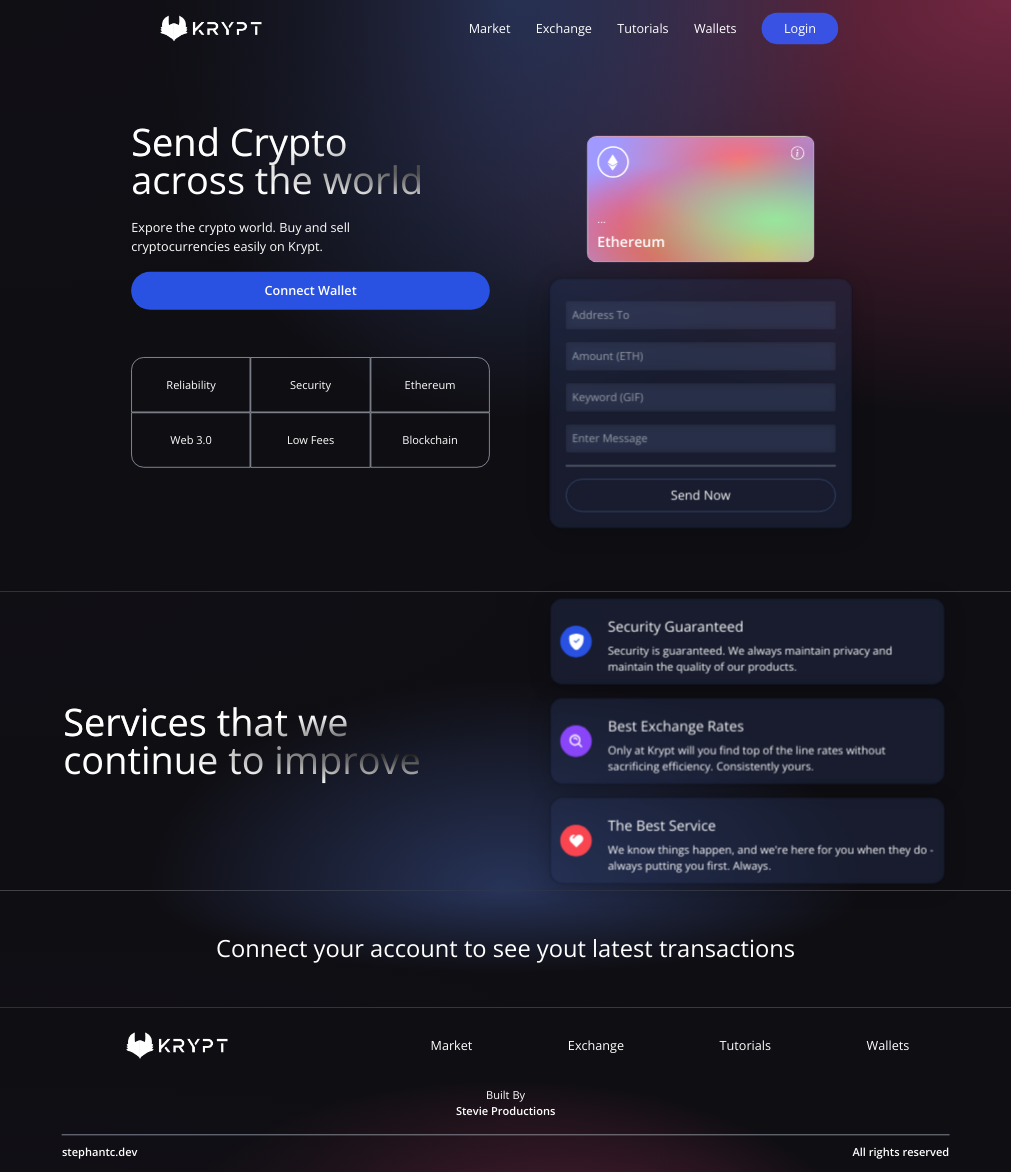
Repository: stephan-chiorean/krypt
Page: / (app in client/)
The author's editor kept a copy of each file at every save. The page is drawn from the files as they stood at one save, then again after the next save.
The browser window is 1280 px wide. The pictures show the whole page, at 79% of full size.
The project was rebuilt for these pictures with package versions that can differ from the ones it lists, and the page was loaded fresh each time. Also part of the build but not shown: client/vite.config.js, client/src/components/Loader.jsx.

Above is the page before, as saved 2023-03-29 23:39:09.

### client/src/main.jsx
import React from 'react'
import ReactDOM from 'react-dom/client'
import App from './App'
import {TransactionProvider} from './context/TransactionContext';
import './index.css'

ReactDOM.createRoot(document.getElementById('root')).render(
  <TransactionProvider>
  <React.StrictMode>
    <App />
  </React.StrictMode>
  </TransactionProvider>,
)

### client/src/App.jsx
import {Navbar, Welcome, Footer, Services, Transactions} from './components';

const App = () => {

  return (
    <div className="min-h-screen">
      <div className="gradient-bg-welcome">
        <Navbar/>
        <Welcome/>
      </div>
      <Services/>
      <Transactions/>
      <Footer/>
    </div>
  )
}

export default App

### client/src/context/TransactionContext.jsx
import React, { useState, useEffect } from 'react';
import * as ethers from 'ethers';
import { contractABI, contractAddress } from '../utils/constants';
import toast from 'react-hot-toast';

export const TransactionContext = React.createContext();

const { ethereum } = window;

const getEthereumContract = () => {
  console.log(ethers);
  const provider = new ethers.providers.Web3Provider(ethereum);
  const signer = provider.getSigner();
  const transactionContract = new ethers.Contract(
    contractAddress,
    contractABI,
    signer
  );

  return transactionContract;

  //   console.log({
  //     provider,
  //     signer,
  //     transactionContract,
  //   });
};

export const TransactionProvider = ({ children }) => {
  const [connectedAccount, setConnectedAccount] = useState('');
  const [transactions, setTransactions] = useState([])
  const [isTransactionAdded, setIsTransactionAdded] = useState(false);
  const [formData, setFormData] = useState({
    addressTo: '',
    amount: 0,
    keyword: '',
    message: '',
  });
  const [isLoading, setIsLoading] = useState(false);
  const [transactionCount, setTransactionCount] = useState(
    localStorage.getItem('transactionCount')
  );

  const handleChange = (e, name) => {
    setFormData((prevState) => ({ ...prevState, [name]: e.target.value }));
  };

  const getAllTransactions = async () => {
    try {
      if (!ethereum) return alert('Please install metamask');
      const transactionContract = getEthereumContract();

      const availableTransactions =
        await transactionContract.getAllTransactions();

      const structuredTransactions = availableTransactions.map((transaction) => ({
        addressTo: transaction.receiver,
        addressFrom: transaction.sender,
        timestamp: new Date(transaction.timestamp.toNumber() * 1000).toLocaleString(),
        message: transaction.message,
        keyword: transaction.keyword,
        amount:parseInt(transaction.amount._hex) / (10 ** 18),

      }))
      setTransactions(structuredTransactions)
      console.log(structuredTransactions)
      console.log(availableTransactions);
    } catch (err) {
      console.error(err);
    }
  };

  const checkIfWalletIsConnected = async () => {
    try {
      if (!ethereum) return alert('Please install metamask');

      const accounts = await ethereum.request({ method: 'eth_accounts' });
      if (accounts.length) {
        // setConnectedAccount(accounts[0]);
        getAllTransactions();
      } else {
        console.log('No accounts found');
      }
      console.log(accounts);
    } catch (err) {
      console.error(err);
      throw new Error('No ethereum object');
    }
  };

  const checkIfTransactionsExist = async () => {
    try {
      const transactionContract = getEthereumContract();
      const transactionCount = await transactionContract.getTransactionCount();

      window.localStorage.setItem('transactionCount', transactionCount);
    } catch (err) {
      console.error(err);
    }
  };

  const disconnectWallet = async () => {
    setConnectedAccount('');
    console.log('DISCONNECTED');
  };

  const connectWallet = async () => {
    try {
      if (!ethereum) return alert('Please install metamask');

      // Display loading toast
      const loadingToast = toast.loading('Connecting...');

      const accounts = await ethereum.request({
        method: 'eth_requestAccounts',
      });

      setConnectedAccount(accounts[0]);
      console.log('CONNECTED', connectedAccount);

      // Dismiss loading toast and show a success toast
      toast.dismiss(loadingToast);
      toast.success('Connected successfully');
    } catch (err) {
      console.error(err);
      // Dismiss loading toast and show an error toast
      toast.dismiss(loadingToast);
      toast.error('Error connecting to wallet');
      throw new Error('No ethereum object.');
    }
  };

  const sendTransaction = async () => {
    try {
      if (!ethereum) return alert('Please install metamask');
      const { addressTo, amount, keyword, message } = formData;
      const transactionContract = getEthereumContract();
      const parsedAmount = ethers.utils.parseEther(amount);

      await ethereum.request({
        method: 'eth_sendTransaction',
        params: [
          {
            from: connectedAccount,
            to: addressTo,
            gas: '0x5208', //21000 gwei
            value: parsedAmount._hex,
          },
        ],
      });

      const transactionHash = await transactionContract.addToBlockchain(
        addressTo,
        parsedAmount,
        message,
        keyword
      );
      setIsLoading(true);
      const loadingSendToast = toast.loading('Sending ethereum (~20 seconds)...');
      console.log(`Loading - ${transactionHash.hash}`);
      await transactionHash.wait();
      setIsLoading(false);
      console.log(`Success - ${transactionHash.hash}`);

      const transactionCount = await transactionContract.getTransactionCount();
      setTransactionCount(transactionCount.toNumber());
      setIsTransactionAdded(true)
      toast.dismiss(loadingSendToast);
      toast.success('Transaction successful');
    } catch (err) {
      console.error(err);
    }
  };

  useEffect(() => {
    checkIfWalletIsConnected();
    checkIfTransactionsExist();
    console.log('PRINT WHEN LOAD', connectedAccount);
  }, []);

  useEffect(() => {
    if (isTransactionAdded) {
      getAllTransactions();
      setIsTransactionAdded(false);
    }
  }, [isTransactionAdded]);

  return (
    <TransactionContext.Provider
      value={{
        connectWallet,
        connectedAccount,
        formData,
        setFormData,
        handleChange,
        sendTransaction,
        disconnectWallet,
        transactions,
        isLoading,
      }}
    >
      {children}
    </TransactionContext.Provider>
  );
};

### client/src/components/index.js
export {default as Loader} from './Loader';
export {default as Navbar} from './Navbar';
export {default as Footer} from './Footer';
export {default as Welcome} from './Welcome';
export {default as Transactions} from './Transactions';
export {default as Services} from './Services';

### client/src/utils/constants.js
import abi from './Transactions.json';

export const contractABI = abi.abi;
export const contractAddress = '0x48d319b761e733246BF575C86d399bB8EDdA6dEf';

### client/src/components/Navbar.jsx
import { HiMenuAlt4 } from 'react-icons/hi';
import { AiOutlineClose } from 'react-icons/ai';
import { useState } from 'react';
import { useContext } from 'react';
import logo from '../../images/logo.png';
import { TransactionContext } from '../context/TransactionContext';

const NavbarItem = ({ title, classProps }) => {
  return <li className={`mx-4 cursor-pointer ${classProps}`}>{title}</li>;
};
export default () => {
  const [toggleMenu, setToggleMenu] = useState(false);
  const {disconnectWallet, connectedAccount} = useContext(TransactionContext);
  return (
    <nav className='w-full flex md:justify-center justify-between items-center p-4'>
      <div className='md:flex-[0.5] flex-initial justify-center items-center'>
        <img src={logo} alt='logo' className='w-32 cursor-pointer' />
      </div>
      <ul className='text-white md:flex hidden list-none flex-row justify-between items-center flex-initial'>
        {['Market', 'Exchange', 'Tutorials', 'Wallets'].map((item, index) => (
          <NavbarItem key={item + index} title={item} />
        ))}
        <li onClick={disconnectWallet} className='bg-[#3952e3] py-2 px-7 mx-4 rounded-full cursor-pointer hover:bg-[#2546bd]'>
          {connectedAccount ? "Sign Out" : "Login"}
        </li>
      </ul>
      <div className='flex relative'>
        {toggleMenu ? (
          <AiOutlineClose
            fontSize={28}
            className='text-white md:hidden cursor-pointer'
            onClick={() => setToggleMenu(false)}
          />
        ) : (
          <HiMenuAlt4
            fontSize={28}
            className='text-white md:hidden cursor-pointer'
            onClick={() => setToggleMenu(true)}
          />
        )}
        {toggleMenu && (
          <ul className="z-10 fixed top-0 -right-2 p-3 w-[70vw] h-screen shadow-2xl md:hidden list-none flex flex-col justify-start items-end rounded-md blue-glassmorphism text-white animate-slide-in">
            <li className='text-xl w-full my-2'>
              <AiOutlineClose onClick={() => setToggleMenu(false)} className="cursor-pointer"/>
            </li>
            {['Market', 'Exchange', 'Tutorials', 'Wallets'].map(
              (item, index) => (
                <NavbarItem key={item + index} title={item} classProps="my-2 text-lg"/>
              )
            )}
          </ul>
        )}
      </div>
    </nav>
  );
};

### client/src/components/Footer.jsx
import React from 'react'
import logo from '../../images/logo.png';

export default() => {
  return (
    <div className="w-full flex md:justify-center justify-between items-center flex-col p-4 gradient-bg-footer">
      <div className="w-full flex sm:flex-row flex-col justify-between items-center my-4">
        <div className="flex flex-[0.5] justify-center items-center">
          <img src={logo} alt="logo" className="w-32"/>
        </div>
        <div className="flex flex-1 justify-evenly items-center flex-wrap sm:mt-0 mt-5 w-full">
          <p className="text-white text-base text-center mx-2 cursor-pointer">Market</p>
          <p className="text-white text-base text-center mx-2 cursor-pointer">Exchange</p>
          <p className="text-white text-base text-center mx-2 cursor-pointer">Tutorials</p>
          <p className="text-white text-base text-center mx-2 cursor-pointer">Wallets</p>

        </div>

      </div>
      <div className="flex justify-center items-center flex-col mt-5">
        <p className="text-white text-sm text-center">Built By</p>
        <p className="text-white text-sm text-center font-semibold">Stevie Productions</p>
      </div>
      <div className="sm:w-[90%] w-full h-[0.25px] bg-gray-400 mt-5"/>
      <div className="sm:w-[90%] w-full flex justify-between items-center mt-3">
      <p className="text-white text-sm text-center font-semibold">stephantc.dev</p>
      <p className="text-white text-sm text-center font-semibold">All rights reserved</p>

      </div>
    </div>
  )
}

### client/src/components/Welcome.jsx
import { AiFillPlayCircle } from 'react-icons/ai';
import { SiEthereum } from 'react-icons/si';
import { BsInfoCircle } from 'react-icons/bs';
import { TransactionContext } from '../context/TransactionContext';
import React, { useContext } from 'react';
import { Loader } from './';
import {Toaster} from 'react-hot-toast';
import { shortenAddress } from '../utils/shortenAddress';
const commonStyles =
  'min-h-[70px] sm:px-0 px-2 sm:min-w-[120px] flex justify-center items-center border-[0.5px] border-gray-400 text-sm font-light text-white';

const Input = ({ placeholder, name, type, value, handleChange }) => (
  <input
    placeholder={placeholder}
    type={type}
    step='0.0001'
    value={value}
    onChange={(e) => handleChange(e, name)}
    className='my-2 w-full rounded-sm p-2 outline-none text-white border-none text-sm white-glassmorphism'
  />
);
export default () => {
  const {
    connectWallet,
    connectedAccount,
    formData,
    sendTransaction,
    handleChange,
    isLoading,
  } = useContext(TransactionContext);
  const handleSubmit = (e) => {
    const { addressTo, amount, keyword, message } = formData;
    e.preventDefault();

    if (!addressTo || !amount || !keyword || !message) return;
    sendTransaction();
  };
  return (
    <div className='flex w-full justify-center items-center'>
      <Toaster/>
      <div className='flex md:flex-row flex-col items-start justify-between md:p-20 py-12 px-4'>
        <div className='flex flex-1 justify-start flex-col md:mr-10'>
          <h1 className='text-3xl sm:text-5xl text-white text-gradient py-1'>
            Send Crypto <br /> across the world
          </h1>
          <p className='text-left mt-5 text-white font-light md:w-9/12 w-11/12 text-base'>
            Expore the crypto world. Buy and sell cryptocurrencies easily on
            Krypt.
          </p>
          {!connectedAccount && (
            <button
              type='button'
              onClick={connectWallet}
              className='flex flex-row justify-center items-center my-5 bg-[#2952e3] p-3 rounded-full cursor-pointer hover:bg-[#2546bd]'
            >
              <p className='text-white text-base font-semibold'>
                Connect Wallet
              </p>
            </button>
          )}

          <div className='grid sm:grid-cols-3 grid-cols-2 w-full mt-10'>
            <div className={`rounded-tl-2xl ${commonStyles}`}>Reliability</div>
            <div className={commonStyles}>Security</div>
            <div className={`sm:rounded-tr-2xl ${commonStyles}`}>Ethereum</div>
            <div className={`sm:rounded-bl-2xl ${commonStyles}`}>Web 3.0</div>
            <div className={commonStyles}>Low Fees</div>
            <div className={`rounded-br-2xl ${commonStyles}`}>Blockchain</div>
          </div>
        </div>

        <div className='flex flex-col flex-1 items-center justify-start w-full md:mt-0 mt-10'>
          <div className='p-3 justify-end items-start flex-col rounded-xl h-40 sm:w-72 w-full my-5 eth-card white-glassmorphism'>
            <div className='flex justify-between flex-col w-full h-full'>
              <div className='flex justify-between items-start'>
                <div className='w-10 h-10 rounded-full border-2 border-white flex justify-center items-center'>
                  <SiEthereum fontSize={21} color='#fff' />
                </div>
                <BsInfoCircle fontSize={17} color='#fff' />
              </div>
              <div>
                <p className='text-white font-light text-sm'>
                  {shortenAddress(connectedAccount)}
                </p>
                <p className='text-white font-semibold text-lg mt-1'>
                  Ethereum
                </p>
              </div>
            </div>
          </div>

          <div className='p-5 sm:w-96 w-full flex flex-col justify-start items-center blue-glassmorphism'>
            <Input
              placeholder='Address To'
              name='addressTo'
              type='text'
              handleChange={handleChange}
            />
            <Input
              placeholder='Amount (ETH)'
              name='amount'
              type='number'
              handleChange={handleChange}
            />
            <Input
              placeholder='Keyword (GIF)'
              name='keyword'
              type='text'
              handleChange={handleChange}
            />
            <Input
              placeholder='Enter Message'
              name='message'
              type='text'
              handleChange={handleChange}
            />
            <div className='h-[1px] w-full bg-gray-400 my-2' />
            {isLoading ? (
              <Loader />
            ) : (
              <button
                type='submit'
                onClick={handleSubmit}
                className='text-white w-full mt-2 border-[1px] p-2 border-[#3d4f7c] rounded-full cursor-pointer'
              >
                Send Now
              </button>
            )}
          </div>
        </div>
      </div>
    </div>
  );
};

### client/src/components/Transactions.jsx
import React from 'react';
import { useContext } from 'react';
import { TransactionContext } from '../context/TransactionContext';
import dummyData from '../utils/dummyData';
import { shortenAddress } from '../utils/shortenAddress';
import useFetch from '../hooks/useFetch';

const TransactionCard = ({
  addressTo,
  addressFrom,
  timestamp,
  message,
  keyword,
  amount,
  url,
}) => {
  const gifUrl = useFetch({ keyword });
  return (
    <div className='bg-[#181918] m-4 flex flex-1 2xl:min-w-[450px] 2xl:max-w-[500px] sm:min-w-[270px] sm:max-w-[300px] flex-col p-3 rounded-md hover:shadow-2xl'>
      <div className='flex flex-col items-center w-full mt-3'>
        <div className='justify-start w-full mb-6 p-2 md:h-[200px]'>
          <a
            href={`https://sepolia.etherscan.io/address/${addressFrom}`}
            target='_blank'
            rel='noopener noreferrer'
          >
            <p className='text-white text-base'>
              From : {shortenAddress(addressFrom)}
            </p>
          </a>
          <a
            href={`https://sepolia.etherscan.io/address/${addressTo}`}
            target='_blank'
            rel='noopener noreferrer'
          >
            <p className='text-white text-base'>
              To : {shortenAddress(addressTo)}
            </p>
          </a>
          <p className='text-white text-base'>Amount: {amount} ETH</p>
          {message && (
            <>
              <br />
              <p className='text-white text-base'>Message: {message}</p>
            </>
          )}
        </div>
        <img
          src={gifUrl || url}
          alt='gif'
          className='w-full h-64 2xl:h-96 rounded-md shadow-lg object-cover'
        />

        <div className='bg-black p-3 px-5 w-max rounded-3xl -mt-5 shadow-2xl'>
          <p className='text-[#37c7da] font-bold'>{timestamp}</p>
        </div>
      </div>
    </div>
  );
};
export default () => {
  const { connectedAccount, transactions } = useContext(TransactionContext);
  return (
    <div className='flex w-full justify-center items-center 2xl:px-20 gradient-bg-transactions'>
      <div className='flex flex-col md:p-12 py-12 px-4'>
        {connectedAccount ? (
          <h3 className='text-white text-3xl text-center my-2'>
            Your latest transactions
          </h3>
        ) : (
          <h3 className='text-white text-3xl text-center my-2'>
            Connect your account to see yout latest transactions
          </h3>
        )}
        {connectedAccount && <div className='flex flex-wrap justify-center items-center mt-10'>
          {transactions.reverse().map((transaction, index) => (
            <TransactionCard key={index} {...transaction} />
          ))}
        </div>}
        {/* Latest Transactions */}
        {/* Connect your account to see latest transactions */}
      </div>
    </div>
  );
};

### client/src/components/Services.jsx
import React from 'react';
import { BsShieldFillCheck } from 'react-icons/bs';
import { BiSearchAlt } from 'react-icons/bi';
import { RiHeart2Fill } from 'react-icons/ri';

const ServiceCard = ({color, title, icon, subtitle}) => (
  <div className='flex flex-row md:w-[500px] justify-start items-center p-3 m-2 cursor-pointer blue-glassmorphism'>
    <div className={`w-10 h-10 rounded-full flex justify-center items-center ${color}`}>
      {icon}
    </div>
    <div className="ml-5 flex flex-col flex-1">
      <h1 className="mt-2 text-white text-lg">{title}</h1>
      <p className="mt-2 text-white text-sm">{subtitle}</p>
    </div>
  </div>
);
export default () => {
  return (
    <div className='flex flex-col md:flex-row w-full justify-center items-center gradient-bg-services'>
      <div className='flex md:flex-row flex-col items-center justify-between md:p-20 py-12 px-4'>
        <div className='flex-1 flex flex-col justify-start items-start'>
          <h1 className='text-white text-3xl sm:text-5xl py-2 text-gradient'>
            Services that we
            <br />
            continue to improve
          </h1>
        </div>
      </div>
      <div className='flex-1 flex flex-col justify-start items-center'>
        <ServiceCard
          color='bg-[#2952e3]'
          title='Security Guaranteed'
          icon={<BsShieldFillCheck fontSize={21} className='text-white' />}
          subtitle="Security is guaranteed. We always maintain privacy and maintain the quality of our products."
        />
        <ServiceCard
          color='bg-[#8945f8]'
          title='Best Exchange Rates'
          icon={<BiSearchAlt fontSize={21} className='text-white' />}
          subtitle="Only at Krypt will you find top of the line rates without sacrificing efficiency. Consistently yours."
        />
        <ServiceCard
          color='bg-[#f84550]'
          title='The Best Service'
          icon={<RiHeart2Fill fontSize={21} className='text-white' />}
          subtitle="We know things happen, and we're here for you when they do - always putting you first. Always."
        />
      </div>
    </div>
  );
};

### client/src/utils/shortenAddress.js
export const shortenAddress = (address) => `${address.slice(0,6)}...${address.slice(address.length-4)}`

### client/src/hooks/useFetch.jsx
import { useState } from "react";
import { useEffect } from "react";

const API_KEY = import.meta.env.VITE_GIPHY_API;
const useFetch = ({keyword}) => {
    const [gifUrl, setGifUrl] = useState("")

    const fetchGifs = async() => {
        try {
            const response = await fetch(`https://api.giphy.com/v1/gifs/search?api_key=${API_KEY}&q=${keyword.split(" ").join("")}&limit=1`)

            const {data} = await response.json();

            setGifUrl(data[0]?.images?.downsized_medium?.url)
        } catch(err) {
            console.error(err);
        }
    }
    useEffect(() => {
        if(keyword) fetchGifs();
    }, [keyword])

    return gifUrl;
}

export default useFetch;

Loaded but not shown: client/index.html (common file); client/src/index.css (common file); client/tailwind.config.js (common file); client/src/utils/Transactions.json (140 lines, source omitted); client/src/utils/dummyData.js (56 lines, source omitted)

After the next save:
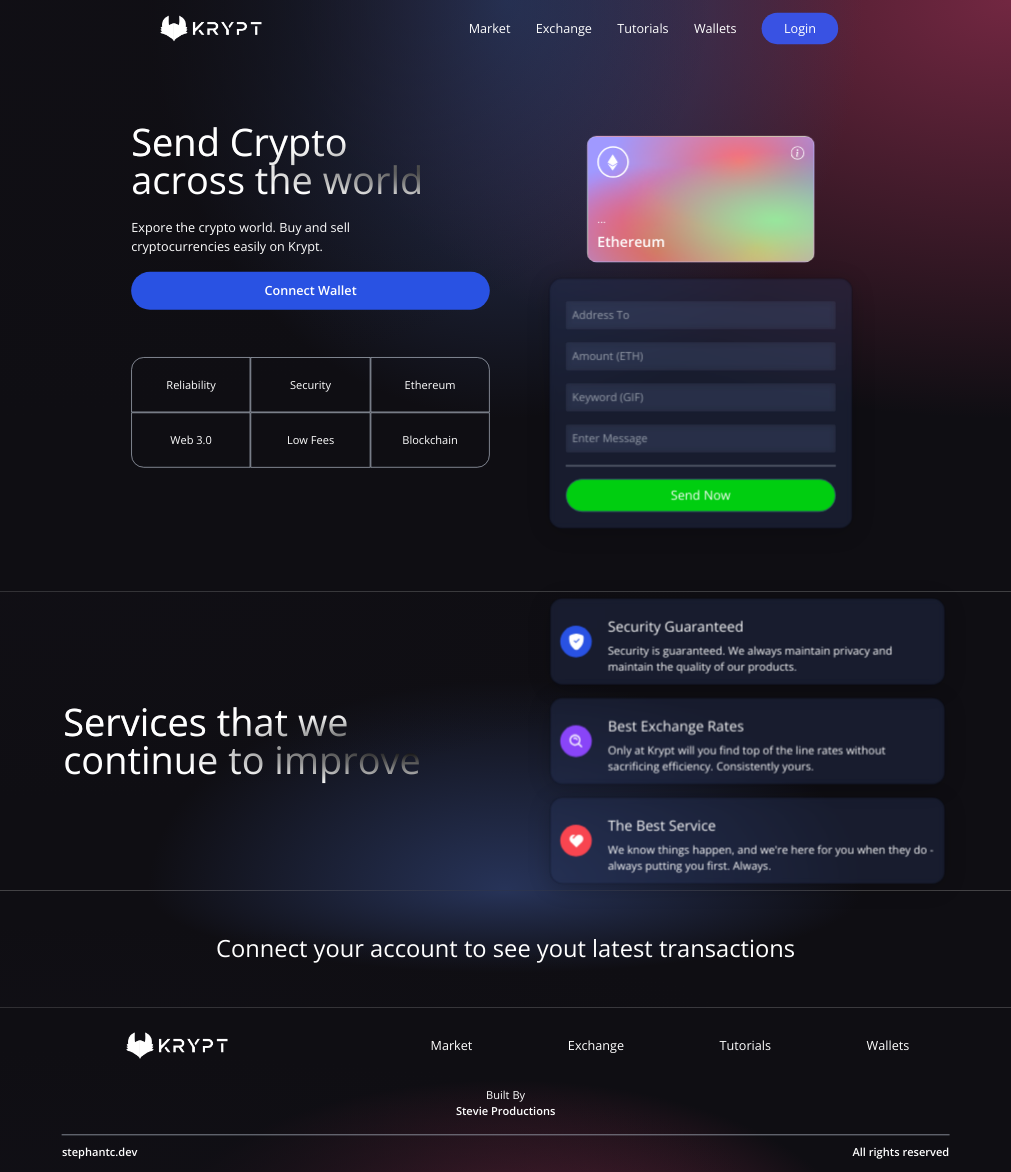
Saved 6 min 9 s later.
--- a/client/src/components/Welcome.jsx
+++ b/client/src/components/Welcome.jsx
@@ -121,7 +121,7 @@ export default () => {
               <button
                 type='submit'
                 onClick={handleSubmit}
-                className='text-white w-full mt-2 border-[1px] p-2 border-[#3d4f7c] rounded-full cursor-pointer'
+                className='text-white w-full mt-2 border-[1px] p-2 border-[#3d4f7c] bg-[#00ce10] rounded-full cursor-pointer'
               >
                 Send Now
               </button>
